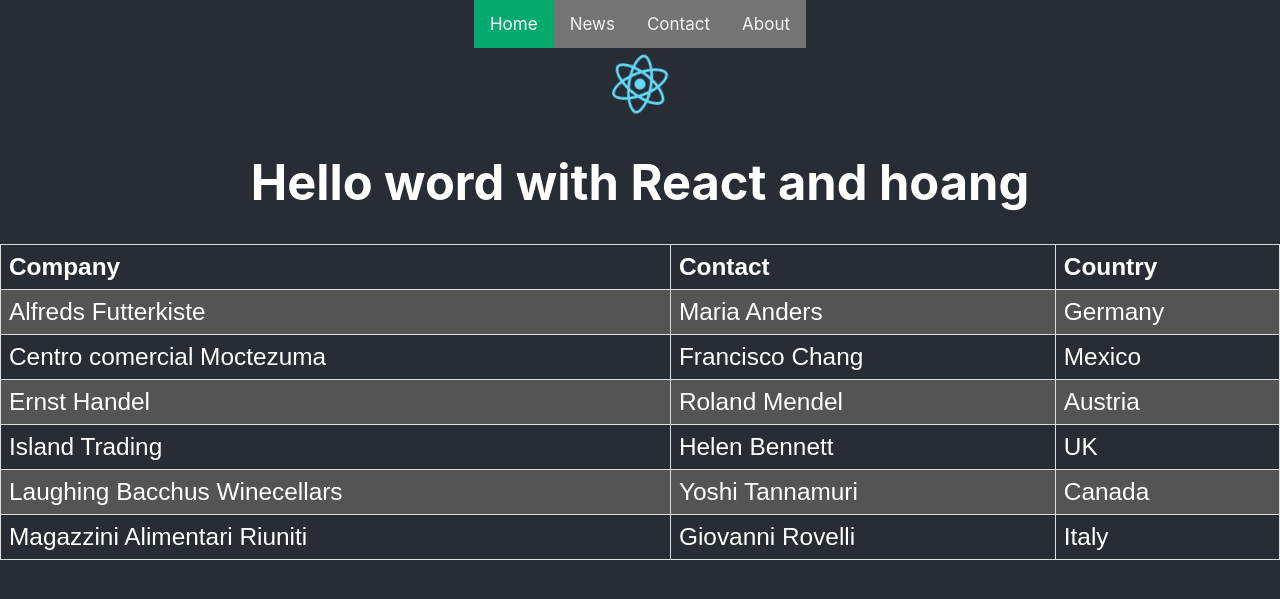
Repository: hoang0508/ReactJsHookBasic
Page: /
These files come from the project's save history. The page is drawn as it stood at one moment and after the next save; the edit follows.
The browser window is 1280 px wide. The pictures show the whole page.
The project was rebuilt for these pictures with package versions that can differ from the ones it lists, and the page was loaded fresh each time. Also part of the build but not shown: src/views/Todo.js.

Above is the page before, as saved 2021-11-11 22:34:55.

### src/App.js
import logo from "./logo.svg";
import "./App.css";
import Nav from "./views/Nav";
import { useState, useEffect } from "react";
import Todo from "./views/Todo";
// template + logic
// JSX
// babel
function App() {
  // state
  // let name = "Hoang";
  // useState (hook)
  let [name, setName] = useState("hoang");
  const [address, setAddress] = useState("");
  const [todos, setTodos] = useState([
    { id: "todo1", title: "My school EPU", type: "hoang" },
    { id: "todo2", title: "Doing homework", type: "huy" },
  ]);

  // didmount
  useEffect(() => {
    console.log("run use effect");
  }, [address]);

  useEffect(() => {
    console.log("run use effect todo");
  }, [todos]);

  const handleEventClick = (event) => {
    // setName(address); // setName re render
    // console.log("click me", name);
    // hook not merge state
    if (!address) {
      alert("empty input");
      return;
    }
    let newTodo = {
      id: Math.floor(Math.random() * 1000),
      title: address,
      type: "hoang",
    };
    setTodos([...todos, newTodo]); // spread
    setAddress("");
  };
  const handleOnchangeInput = (event) => {
    setAddress(event.target.value);
    // console.log(event.target.value);
  };
  const deleteDataTodo = (id) => {
    let currentTodos = todos;
    currentTodos = currentTodos.filter((item) => item.id !== id);
    setTodos(currentTodos);
  };
  return (
    <div className="App">
      <header className="App-header">
        <Nav />
        <img src={logo} className="App-logo" alt="logo" />
        <h1>Hello word with React and {name}</h1>
        <table>
          <tr>
            <th>Company</th>
            <th>Contact</th>
            <th>Country</th>
          </tr>
          <tr>
            <td>Alfreds Futterkiste</td>
            <td>Maria Anders</td>
            <td>Germany</td>
          </tr>
          <tr>
            <td>Centro comercial Moctezuma</td>
            <td>Francisco Chang</td>
            <td>Mexico</td>
          </tr>
          <tr>
            <td>Ernst Handel</td>
            <td>Roland Mendel</td>
            <td>Austria</td>
          </tr>
          <tr>
            <td>Island Trading</td>
            <td>Helen Bennett</td>
            <td>UK</td>
          </tr>
          <tr>
            <td>Laughing Bacchus Winecellars</td>
            <td>Yoshi Tannamuri</td>
            <td>Canada</td>
          </tr>
          <tr>
            <td>Magazzini Alimentari Riuniti</td>
            <td>Giovanni Rovelli</td>
            <td>Italy</td>
          </tr>
        </table>
        {/* <Todo
          todos={todos}
          title={"All todos"}
          deleteDataTodo={deleteDataTodo}
        />
        <Todo
          todos={todos.filter((item) => item.type === "hoang")}
          title={"Hoang's todo"}
          deleteDataTodo={deleteDataTodo}
        />
        <input
          type="text"
          value={address}
          onChange={(event) => handleOnchangeInput(event)}
        />
        <button type="button" onClick={(event) => handleEventClick(event)}>
          Click me
        </button> */}
      </header>
    </div>
  );
}

export default App;

### src/App.css
.App {
  text-align: center;
}

.App-logo {
  height: 10vmin;
  pointer-events: none;
}

@media (prefers-reduced-motion: no-preference) {
  .App-logo {
    animation: App-logo-spin infinite 20s linear;
  }
}

.App-header {
  background-color: #282c34;
  min-height: 100vh;
  display: flex;
  flex-direction: column;
  align-items: center;
  /* justify-content: center; */
  font-size: calc(10px + 2vmin);
  color: white;
}

.App-link {
  color: #61dafb;
}

@keyframes App-logo-spin {
  from {
    transform: rotate(0deg);
  }
  to {
    transform: rotate(360deg);
  }
}

table {
  font-family: arial, sans-serif;
  border-collapse: collapse;
  width: 100%;
}

td,
th {
  border: 1px solid #dddddd;
  text-align: left;
  padding: 8px;
}

tr:nth-child(even) {
  background-color: #545454;
}

### src/views/Nav.js
import "./Nav.scss";
const Nav = () => {
  return (
    <div className="topnav">
      <a className="active" href="#home">
        Home
      </a>
      <a href="#news">News</a>
      <a href="#contact">Contact</a>
      <a href="#about">About</a>
    </div>
  );
};

export default Nav;

### src/views/Nav.scss
.topnav {
  overflow: hidden;
  background-color: #747474;
  a {
    float: left;
    color: #f2f2f2;
    text-align: center;
    padding: 14px 16px;
    text-decoration: none;
    font-size: 17px;
  }
  a:hover {
    background-color: #ddd;
    color: black;
  }
  a.active {
    background-color: #04aa6d;
    color: white;
  }
}

Loaded but not shown: public/index.html (common file); src/index.js (common file); src/index.css (common file); src/reportWebVitals.js (common file)

After the next save:
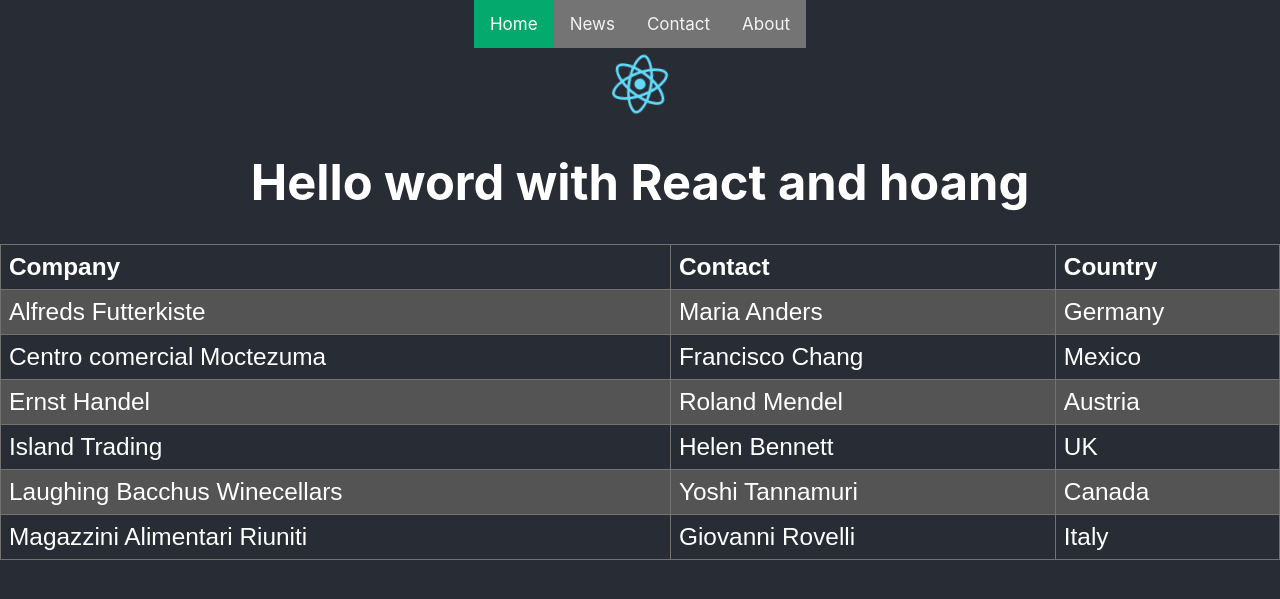
Saved 117 s later.
--- a/src/App.css
+++ b/src/App.css
@@ -45,7 +45,7 @@
 
 td,
 th {
-  border: 1px solid #dddddd;
+  border: 1px solid #747171;
   text-align: left;
   padding: 8px;
 }
